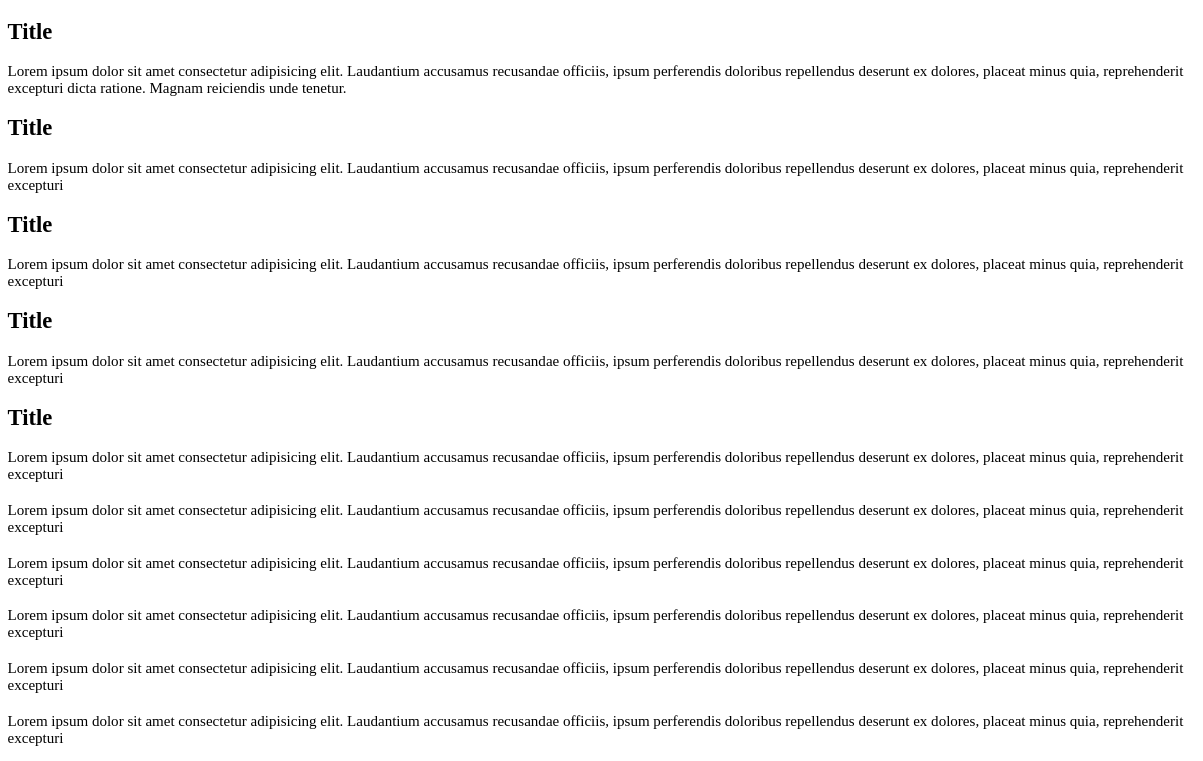
Repository: DevMike1993/100_Projects_HTML_CSS_JAVASCRIPT
Page: 03_Custom_Scrollbar/index.html
These files come from the project's save history. The page is drawn as it stood at one moment and after a run of saves; the edit follows.
The browser window is 1280 px wide. The pictures show the whole page, at 94% of full size.

Above is the page before, as saved 2023-11-26 18:06:13.

### 03_Custom_Scrollbar/index.html
<!DOCTYPE html>
<html lang="en">
<head>
    <meta charset="UTF-8">
    <meta name="viewport" content="width=device-width, initial-scale=1.0">
    <title>Custom Scrollbar</title>
</head>
<body>

    <section>
        <div class="card">
            <h2 class="card-title">Title</h2>
            <p>Lorem ipsum dolor sit amet consectetur adipisicing elit. Laudantium accusamus recusandae officiis, ipsum perferendis doloribus repellendus deserunt ex dolores, placeat minus quia, reprehenderit excepturi dicta ratione. Magnam reiciendis unde tenetur.</p>
        </div>
        <div class="card">
            <h2 class="card-title">Title</h2>
            <p>Lorem ipsum dolor sit amet consectetur adipisicing elit. Laudantium accusamus recusandae officiis, ipsum perferendis doloribus repellendus deserunt ex dolores, placeat minus quia, reprehenderit excepturi
        </div>
        <div class="card">
            <h2 class="card-title">Title</h2>
            <p>Lorem ipsum dolor sit amet consectetur adipisicing elit. Laudantium accusamus recusandae officiis, ipsum perferendis doloribus repellendus deserunt ex dolores, placeat minus quia, reprehenderit excepturi
        </div>
        <div class="card">
            <h2 class="card-title">Title</h2>
            <p>Lorem ipsum dolor sit amet consectetur adipisicing elit. Laudantium accusamus recusandae officiis, ipsum perferendis doloribus repellendus deserunt ex dolores, placeat minus quia, reprehenderit excepturi
        </div>
        <div class="card">
            <h2 class="card-title">Title</h2>
            <p>Lorem ipsum dolor sit amet consectetur adipisicing elit. Laudantium accusamus recusandae officiis, ipsum perferendis doloribus repellendus deserunt ex dolores, placeat minus quia, reprehenderit excepturi
        </div>
        <div class="card">
            <h2 class="card-title"></h2>
            <p>Lorem ipsum dolor sit amet consectetur adipisicing elit. Laudantium accusamus recusandae officiis, ipsum perferendis doloribus repellendus deserunt ex dolores, placeat minus quia, reprehenderit excepturi
        </div>
        <div class="card">
            <h2 class="card-title"></h2>
            <p>Lorem ipsum dolor sit amet consectetur adipisicing elit. Laudantium accusamus recusandae officiis, ipsum perferendis doloribus repellendus deserunt ex dolores, placeat minus quia, reprehenderit excepturi
        </div>
        <div class="card">
            <h2 class="card-title"></h2>
            <p>Lorem ipsum dolor sit amet consectetur adipisicing elit. Laudantium accusamus recusandae officiis, ipsum perferendis doloribus repellendus deserunt ex dolores, placeat minus quia, reprehenderit excepturi
        </div>
        <div class="card">
            <h2 class="card-title"></h2>
            <p>Lorem ipsum dolor sit amet consectetur adipisicing elit. Laudantium accusamus recusandae officiis, ipsum perferendis doloribus repellendus deserunt ex dolores, placeat minus quia, reprehenderit excepturi
        </div>
        <div class="card">
            <h2 class="card-title"></h2>
            <p>Lorem ipsum dolor sit amet consectetur adipisicing elit. Laudantium accusamus recusandae officiis, ipsum perferendis doloribus repellendus deserunt ex dolores, placeat minus quia, reprehenderit excepturi
        </div>
    </section>

</body>
</html>

After the next 5 saves:
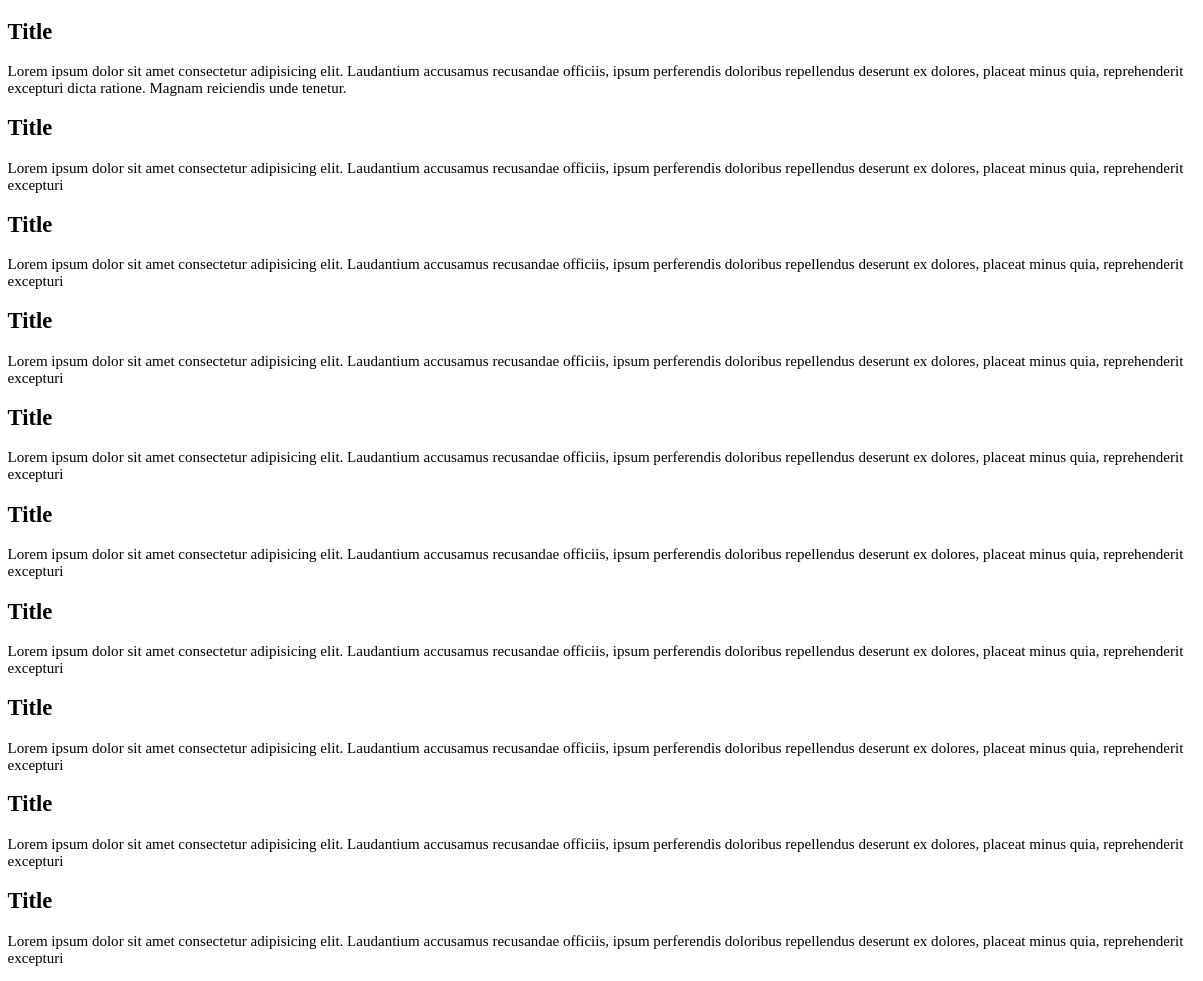
The 5 saves are shown as one change because they came seconds apart.
The last was saved 13 s later.
--- a/03_Custom_Scrollbar/index.html
+++ b/03_Custom_Scrollbar/index.html
@@ -29,23 +29,23 @@
             <p>Lorem ipsum dolor sit amet consectetur adipisicing elit. Laudantium accusamus recusandae officiis, ipsum perferendis doloribus repellendus deserunt ex dolores, placeat minus quia, reprehenderit excepturi
         </div>
         <div class="card">
-            <h2 class="card-title"></h2>
+            <h2 class="card-title">Title</h2>
             <p>Lorem ipsum dolor sit amet consectetur adipisicing elit. Laudantium accusamus recusandae officiis, ipsum perferendis doloribus repellendus deserunt ex dolores, placeat minus quia, reprehenderit excepturi
         </div>
         <div class="card">
-            <h2 class="card-title"></h2>
+            <h2 class="card-title">Title</h2>
             <p>Lorem ipsum dolor sit amet consectetur adipisicing elit. Laudantium accusamus recusandae officiis, ipsum perferendis doloribus repellendus deserunt ex dolores, placeat minus quia, reprehenderit excepturi
         </div>
         <div class="card">
-            <h2 class="card-title"></h2>
+            <h2 class="card-title">Title</h2>
             <p>Lorem ipsum dolor sit amet consectetur adipisicing elit. Laudantium accusamus recusandae officiis, ipsum perferendis doloribus repellendus deserunt ex dolores, placeat minus quia, reprehenderit excepturi
         </div>
         <div class="card">
-            <h2 class="card-title"></h2>
+            <h2 class="card-title">Title</h2>
             <p>Lorem ipsum dolor sit amet consectetur adipisicing elit. Laudantium accusamus recusandae officiis, ipsum perferendis doloribus repellendus deserunt ex dolores, placeat minus quia, reprehenderit excepturi
         </div>
         <div class="card">
-            <h2 class="card-title"></h2>
+            <h2 class="card-title">Title</h2>
             <p>Lorem ipsum dolor sit amet consectetur adipisicing elit. Laudantium accusamus recusandae officiis, ipsum perferendis doloribus repellendus deserunt ex dolores, placeat minus quia, reprehenderit excepturi
         </div>
     </section>
